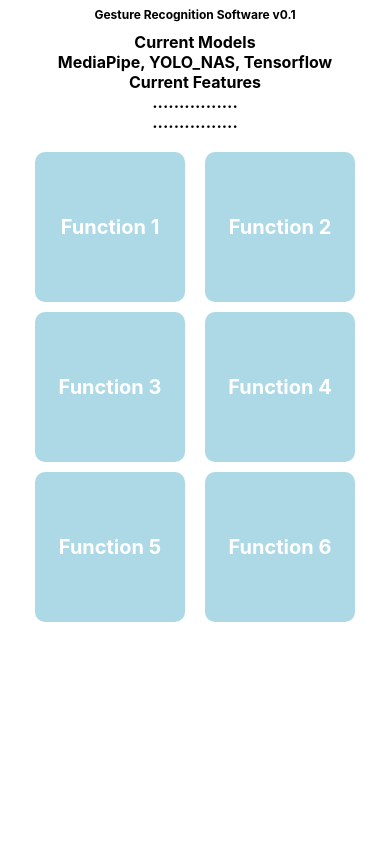
Repository: hajin-park/V-QUIP
Page: / (app in frontend/react-native-app/)
The author's editor kept a copy of each file at every save. The page is drawn from the files as they stood at one save, then again after the next save.
The browser window is 390 px wide. The pictures show the whole page.
The app was drawn by React Native's web renderer in a window 390 px wide. The project was rebuilt for these pictures with package versions that can differ from the ones it lists, and the page was loaded fresh each time.

Above is the page before, as saved 2024-04-07 23:42:26.

After the next save:
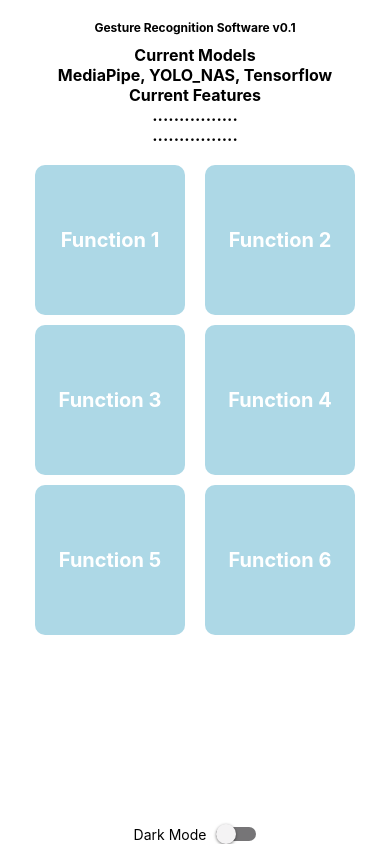
Saved 13 min 48 s later.
--- a/frontend/react-native-app/App.js
+++ b/frontend/react-native-app/App.js
@@ -1,47 +1,60 @@
+import React, { useState } from 'react';
 import { StatusBar } from 'expo-status-bar';
-import { StyleSheet, Text, View, TouchableOpacity } from 'react-native';
+import { StyleSheet, Text, View, TouchableOpacity, Switch } from 'react-native';
 
 export default function App() {
+  const [darkMode, setDarkMode] = useState(false);
+
   const handleOptionClick = (option) => {
     // Handle click event for the selected option
-    console.log(`Option ${option} clicked`);
+    console.log(`Function ${option} clicked`);
   };
 
   return (
-    <View style={styles.container}>
-      <Text style={styles.title}>Gesture Recognition Software v0.1</Text>
+    <View style={[styles.container, darkMode && styles.darkContainer]}>
+      <Text style={[styles.title, darkMode && styles.darkText]}>Gesture Recognition Software v0.1</Text>
       <View style={styles.infoBox}>
-        <Text style={styles.infoText}>Current Models</Text>
-        <Text style={styles.infoText}>MediaPipe, YOLO_NAS, Tensorflow</Text>
-        <Text style={styles.infoText}>Current Features</Text>
-        <Text style={styles.infoText}>................</Text>
-        <Text style={styles.infoText}>................</Text>
+        <Text style={[styles.infoText, darkMode && styles.darkText]}>Current Models</Text>
+        <Text style={[styles.infoText, darkMode && styles.darkText]}>MediaPipe, YOLO_NAS, Tensorflow</Text>
+        <Text style={[styles.infoText, darkMode && styles.darkText]}>Current Features</Text>
+        <Text style={[styles.infoText, darkMode && styles.darkText]}>................</Text>
+        <Text style={[styles.infoText, darkMode && styles.darkText]}>................</Text>
       </View>
       <View style={styles.content}>
         <View style={styles.row}>
-          <TouchableOpacity style={styles.box} onPress={() => handleOptionClick(1)}>
-            <Text style={styles.text}>Function 1</Text>
+          <TouchableOpacity style={[styles.box, darkMode && styles.darkBox]} onPress={() => handleOptionClick(1)}>
+            <Text style={[styles.text, darkMode && styles.darkText]}>Function 1</Text>
           </TouchableOpacity>
-          <TouchableOpacity style={styles.box} onPress={() => handleOptionClick(2)}>
-            <Text style={styles.text}>Function 2</Text>
+          <TouchableOpacity style={[styles.box, darkMode && styles.darkBox]} onPress={() => handleOptionClick(2)}>
+            <Text style={[styles.text, darkMode && styles.darkText]}>Function 2</Text>
           </TouchableOpacity>
         </View>
         <View style={styles.row}>
-          <TouchableOpacity style={styles.box} onPress={() => handleOptionClick(3)}>
-            <Text style={styles.text}>Function 3</Text>
+          <TouchableOpacity style={[styles.box, darkMode && styles.darkBox]} onPress={() => handleOptionClick(3)}>
+            <Text style={[styles.text, darkMode && styles.darkText]}>Function 3</Text>
           </TouchableOpacity>
-          <TouchableOpacity style={styles.box} onPress={() => handleOptionClick(4)}>
-            <Text style={styles.text}>Function 4</Text>
+          <TouchableOpacity style={[styles.box, darkMode && styles.darkBox]} onPress={() => handleOptionClick(4)}>
+            <Text style={[styles.text, darkMode && styles.darkText]}>Function 4</Text>
           </TouchableOpacity>
         </View>
         <View style={styles.row}>
-          <TouchableOpacity style={styles.box} onPress={() => handleOptionClick(3)}>
-            <Text style={styles.text}>Function 5</Text>
+          <TouchableOpacity style={[styles.box, darkMode && styles.darkBox]} onPress={() => handleOptionClick(5)}>
+            <Text style={[styles.text, darkMode && styles.darkText]}>Function 5</Text>
           </TouchableOpacity>
-          <TouchableOpacity style={styles.box} onPress={() => handleOptionClick(4)}>
-            <Text style={styles.text}>Function 6</Text>
+          <TouchableOpacity style={[styles.box, darkMode && styles.darkBox]} onPress={() => handleOptionClick(6)}>
+            <Text style={[styles.text, darkMode && styles.darkText]}>Function 6</Text>
           </TouchableOpacity>
         </View>
+      </View>
+      <View style={styles.darkModeSwitchContainer}>
+        <Text style={[styles.darkModeText, darkMode && styles.darkText]}>Dark Mode</Text>
+        <Switch
+          trackColor={{ false: "#767577", true: "#81b0ff" }}
+          thumbColor={darkMode ? "#f5dd4b" : "#f4f3f4"}
+          ios_backgroundColor="#3e3e3e"
+          onValueChange={() => setDarkMode(!darkMode)}
+          value={darkMode}
+        />
       </View>
       <StatusBar style="auto" />
     </View>
@@ -52,13 +65,20 @@ const styles = StyleSheet.create({
   container: {
     flex: 1,
     backgroundColor: '#fff',
+    paddingHorizontal: 10,
+    paddingTop: 20,
+  },
+  darkContainer: {
+    backgroundColor: '#121212',
   },
   title: {
     fontSize: 12,
     fontWeight: 'bold',
-    marginTop: 7,
     marginBottom: 10,
     textAlign: 'center',
+  },
+  darkText: {
+    color: '#ffffff',
   },
   infoBox: {
     alignItems: 'center',
@@ -72,7 +92,6 @@ const styles = StyleSheet.create({
   content: {
     flex: 1,
     alignItems: 'center',
-    //justifyContent: 'center',
   },
   row: {
     flexDirection: 'row',
@@ -93,4 +112,16 @@ const styles = StyleSheet.create({
     fontWeight: 'bold',
     color: '#FFFFFF', // White text color
   },
+  darkBox: {
+    backgroundColor: '#2d2d2d', // Dark gray color
+  },
+  darkModeSwitchContainer: {
+    flexDirection: 'row',
+    alignItems: 'center',
+    justifyContent: 'center',
+  },
+  darkModeText: {
+    marginRight: 10,
+    color: '#000000',
+  },
 });
